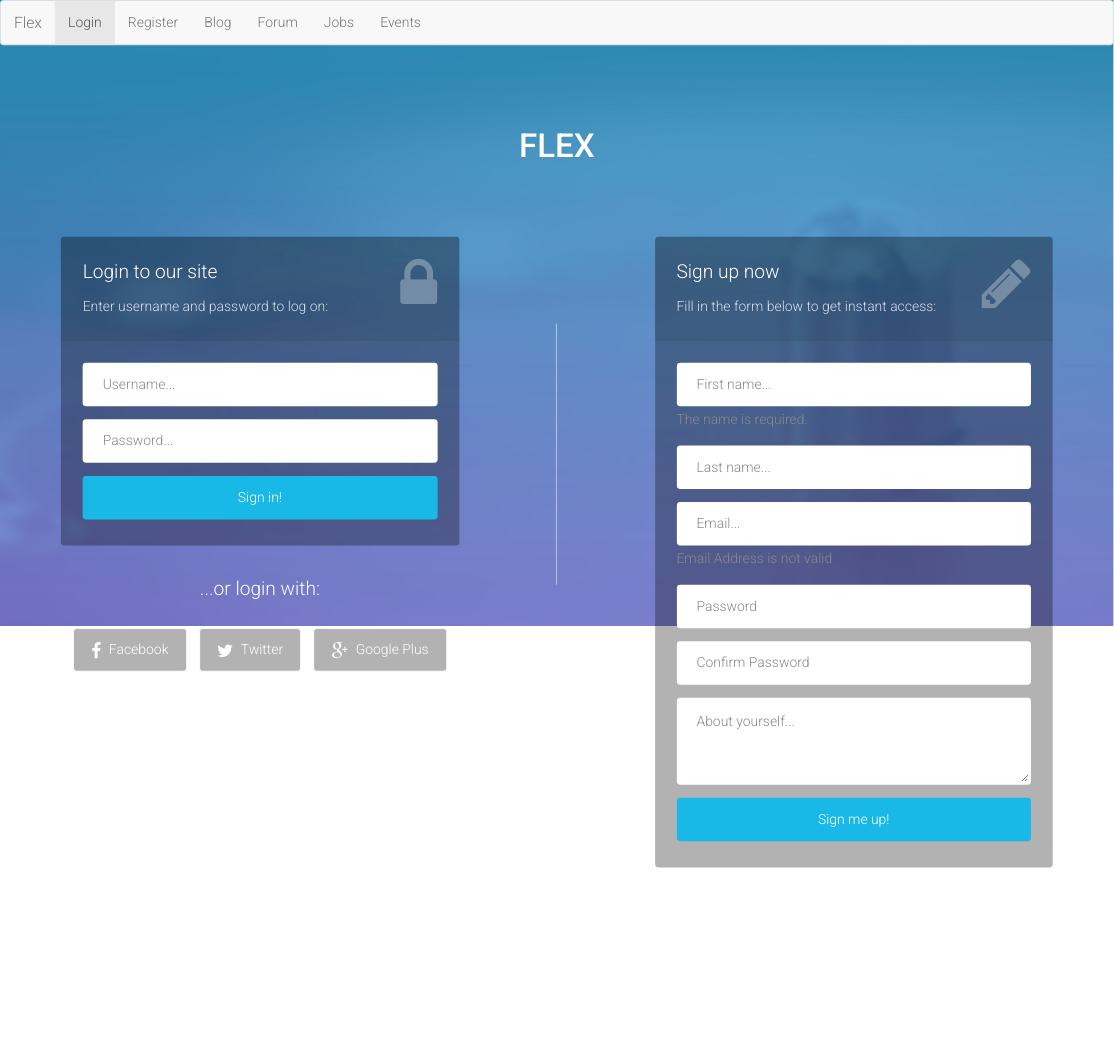
Repository: Angelamritha2012/Flex
Page: Collaboration/WebContent/index.html
These files come from the project's save history. The page is drawn as it stood at one moment and after the next save; the edit follows.
The browser window is 1280 px wide. The pictures show the whole page, at 87% of full size.
Some web libraries are served in a nearby version.

Above is the page before, as saved 2017-11-29 09:50:44.

### Collaboration/WebContent/index.html
<!DOCTYPE html>
<html lang="en">

    <head>

        <meta charset="utf-8">
        <meta http-equiv="X-UA-Compatible" content="IE=edge">
        <meta name="viewport" content="width=device-width, initial-scale=1">
        <title>FLEX</title>

        <!-- CSS -->
        <link rel="stylesheet" href="http://fonts.googleapis.com/css?family=Roboto:400,100,300,500">
        <link rel="stylesheet" href="assets/bootstrap/css/bootstrap.min.css">
        <link rel="stylesheet" href="assets/font-awesome/css/font-awesome.min.css">
		<link rel="stylesheet" href="assets/css/form-elements.css">
        <link rel="stylesheet" href="assets/css/style.css">

        <!-- HTML5 Shim and Respond.js IE8 support of HTML5 elements and media queries -->
        <!-- WARNING: Respond.js doesn't work if you view the page via file:// -->
        <!--[if lt IE 9]>
            <script src="https://oss.maxcdn.com/libs/html5shiv/3.7.0/html5shiv.js"></script>
            <script src="https://oss.maxcdn.com/libs/respond.js/1.4.2/respond.min.js"></script>
        <![endif]-->

        <!-- Favicon and touch icons -->
        <link rel="shortcut icon" href="assets/ico/favicon.png">
        <link rel="apple-touch-icon-precomposed" sizes="144x144" href="assets/ico/apple-touch-icon-144-precomposed.png">
        <link rel="apple-touch-icon-precomposed" sizes="114x114" href="assets/ico/apple-touch-icon-114-precomposed.png">
        <link rel="apple-touch-icon-precomposed" sizes="72x72" href="assets/ico/apple-touch-icon-72-precomposed.png">
        <link rel="apple-touch-icon-precomposed" href="assets/ico/apple-touch-icon-57-precomposed.png">

    </head>

    <body>

<nav class="navbar navbar-default">
  <div class="container-fluid">
    <div class="navbar-header">
      <a class="navbar-brand" href="#">Flex</a>
    </div>
    <ul class="nav navbar-nav">
      <li class="active"><a href="#">Login</a></li>
      <li><a href="#">Register</a></li>
      <li><a href="blog.html">Blog</a></li>
      <li><a href="forum.html">Forum</a></li>
	        <li><a href="job.html">Jobs</a></li>
	        <li><a href="event.html">Events</a></li>

    </ul>
  </div>
</nav>

        <!-- Top content -->
        <div class="top-content">

            <div class="inner-bg">
                <div class="container">

                    <div class="row">
                        <div class="col-sm-8 col-sm-offset-2 text">
                            <h1><strong>FLEX</strong></h1>

                        </div>
                    </div>

                    <div class="row">
                        <div class="col-sm-5">

                        	<div class="form-box">
	                        	<div class="form-top">
	                        		<div class="form-top-left">
	                        			<h3>Login to our site</h3>
	                            		<p>Enter username and password to log on:</p>
	                        		</div>
	                        		<div class="form-top-right">
	                        			<i class="fa fa-lock"></i>
	                        		</div>
	                            </div>
	                            <div class="form-bottom">
				                    <form role="form" action="" method="post" class="login-form">
				                    	<div class="form-group">
				                    		<label class="sr-only" for="form-username">Username</label>
				                        	<input type="text" name="form-username" placeholder="Username..." class="form-username form-control" id="form-username">

				                        </div>

				                        <div class="form-group">
				                        	<label class="sr-only" for="form-password">Password</label>
				                        	<input type="password" name="form-password" placeholder="Password..." class="form-password form-control" id="form-password">
				                        </div>
				                        <button type="submit" class="btn">Sign in!</button>
				                    </form>
			                    </div>
		                    </div>

		                	<div class="social-login">
	                        	<h3>...or login with:</h3>
	                        	<div class="social-login-buttons">
		                        	<a class="btn btn-link-2" href="#">
		                        		<i class="fa fa-facebook"></i> Facebook
		                        	</a>
		                        	<a class="btn btn-link-2" href="#">
		                        		<i class="fa fa-twitter"></i> Twitter
		                        	</a>
		                        	<a class="btn btn-link-2" href="#">
		                        		<i class="fa fa-google-plus"></i> Google Plus
		                        	</a>
	                        	</div>
	                        </div>

                        </div>

                        <div class="col-sm-1 middle-border"></div>
                        <div class="col-sm-1"></div>

                        <div class="col-sm-5">

                        	<div class="form-box">
                        		<div class="form-top">
	                        		<div class="form-top-left">
	                        			<h3>Sign up now</h3>
	                            		<p>Fill in the form below to get instant access:</p>
	                        		</div>
	                        		<div class="form-top-right">
	                        			<i class="fa fa-pencil"></i>
	                        		</div>
	                            </div>
	                            <div class="form-bottom">
				                    <form role="form" action="" method="post" class="registration-form">
				                    	<div class="form-group">
				                    		<label class="sr-only" for="form-first-name">First name</label>
				                        	<input type="text" name="form-first-name" placeholder="First name..." class="form-first-name form-control" id="form-first-name">
				                       <span ng-show="myForm.myName.$touched && myForm.myName.$invalid">The name is required.</span>

				                        </div>

				                        <div class="form-group">
				                        	<label class="sr-only" for="form-last-name">Last name</label>
				                        	<input type="text" name="form-last-name" placeholder="Last name..." class="form-last-name form-control" id="form-last-name">
				                        </div>
				                        <div class="form-group">
				                        	<label class="sr-only" for="form-email">Email</label>
				                        	<input type="text" name="form-email" placeholder="Email..." class="form-email form-control" id="form-email">
				                   <span ng-show="frm.email.$dirty && frm.email.$invalid">Email Address is not valid</span>

				                        </div>

										<div class="form-group">
				                        	<label class="sr-only" for="password">PassWord</label>
				                        	<input type="text" name="form-password" placeholder="Password" class="form-password form-control" id="form-password">
				                        </div>
										<div class="form-group">
				                        	<label class="sr-only" for="confirm password">Confirm PassWord</label>
				                        	<input type="text" name="form-confirm-password" placeholder="Confirm Password" class="form-confirm-password form-control" id="form-confirm-password">
				                        </div>
				                        <div class="form-group">
				                        	<label class="sr-only" for="form-about-yourself">About yourself</label>
				                        	<textarea name="form-about-yourself" placeholder="About yourself..."
				                        				class="form-about-yourself form-control" id="form-about-yourself"></textarea>
				                        </div>
				                        <button type="submit" class="btn">Sign me up!</button>
				                    </form>
			                    </div>
                        	</div>

                        </div>
                    </div>

                </div>
            </div>

        </div>

        <!-- Footer -->
        <footer>
        	<div class="container">
        		<div class="row">

        			<div class="col-sm-8 col-sm-offset-2">
        				<div class="footer-border"></div>
        				<p>Made by Flex at <a href="http://azmind.com" target="_blank"><strong>FLEX</strong></a>
        					having a lot of fun. <i class="fa fa-smile-o"></i></p>
        			</div>

        		</div>
        	</div>
        </footer>

        <!-- Javascript -->
        <script src="assets/js/jquery-1.11.1.min.js"></script>
        <script src="assets/bootstrap/js/bootstrap.min.js"></script>
        <script src="assets/js/jquery.backstretch.min.js"></script>
        <script src="assets/js/scripts.js"></script>

        <!--[if lt IE 10]>
            <script src="assets/js/placeholder.js"></script>
        <![endif]-->

    </body>

</html>

### Collaboration/WebContent/assets/css/form-elements.css

input[type="text"],
input[type="password"],
textarea,
textarea.form-control {
	height: 50px;
    margin: 0;
    padding: 0 20px;
    vertical-align: middle;
    background: #fff;
    border: 3px solid #fff;
    font-family: 'Roboto', sans-serif;
    font-size: 16px;
    font-weight: 300;
    line-height: 50px;
    color: #888;
    -moz-border-radius: 4px; -webkit-border-radius: 4px; border-radius: 4px;
    -moz-box-shadow: none; -webkit-box-shadow: none; box-shadow: none;
    -o-transition: all .3s; -moz-transition: all .3s; -webkit-transition: all .3s; -ms-transition: all .3s; transition: all .3s;
}

textarea,
textarea.form-control {
	padding-top: 10px;
	padding-bottom: 10px;
	line-height: 30px;
}

input[type="text"]:focus,
input[type="password"]:focus,
textarea:focus,
textarea.form-control:focus {
	outline: 0;
	background: #fff;
    border: 3px solid #fff;
    -moz-box-shadow: none; -webkit-box-shadow: none; box-shadow: none;
}

input[type="text"]:-moz-placeholder, input[type="password"]:-moz-placeholder,
textarea:-moz-placeholder, textarea.form-control:-moz-placeholder { color: #888; }

input[type="text"]:-ms-input-placeholder, input[type="password"]:-ms-input-placeholder,
textarea:-ms-input-placeholder, textarea.form-control:-ms-input-placeholder { color: #888; }

input[type="text"]::-webkit-input-placeholder, input[type="password"]::-webkit-input-placeholder,
textarea::-webkit-input-placeholder, textarea.form-control::-webkit-input-placeholder { color: #888; }



button.btn {
	height: 50px;
    margin: 0;
    padding: 0 20px;
    vertical-align: middle;
    background: #19b9e7;
    border: 0;
    font-family: 'Roboto', sans-serif;
    font-size: 16px;
    font-weight: 300;
    line-height: 50px;
    color: #fff;
    -moz-border-radius: 4px; -webkit-border-radius: 4px; border-radius: 4px;
    text-shadow: none;
    -moz-box-shadow: none; -webkit-box-shadow: none; box-shadow: none;
    -o-transition: all .3s; -moz-transition: all .3s; -webkit-transition: all .3s; -ms-transition: all .3s; transition: all .3s;
}

button.btn:hover { opacity: 0.6; color: #fff; }

button.btn:active { outline: 0; opacity: 0.6; color: #fff; -moz-box-shadow: none; -webkit-box-shadow: none; box-shadow: none; }

button.btn:focus { outline: 0; opacity: 0.6; background: #19b9e7; color: #fff; }

button.btn:active:focus, button.btn.active:focus { outline: 0; opacity: 0.6; background: #19b9e7; color: #fff; }

### Collaboration/WebContent/assets/css/style.css

body {
    font-family: 'Roboto', sans-serif;
    font-size: 16px;
    font-weight: 300;
    color: #888;
    line-height: 30px;
    text-align: center;
}

strong { font-weight: 500; }

a, a:hover, a:focus {
	color: #19b9e7;
	text-decoration: none;
    -o-transition: all .3s; -moz-transition: all .3s; -webkit-transition: all .3s; -ms-transition: all .3s; transition: all .3s;
}

h1, h2 {
	margin-top: 10px;
	font-size: 38px;
    font-weight: 100;
    color: #555;
    line-height: 50px;
}

h3 {
	font-size: 22px;
    font-weight: 300;
    color: #555;
    line-height: 30px;
}

img { max-width: 100%; }

::-moz-selection { background: #19b9e7; color: #fff; text-shadow: none; }
::selection { background: #19b9e7; color: #fff; text-shadow: none; }


.btn-link-1 {
	display: inline-block;
	height: 50px;
	margin: 5px;
	padding: 16px 20px 0 20px;
	background: #19b9e7;
	font-size: 16px;
    font-weight: 300;
    line-height: 16px;
    color: #fff;
    -moz-border-radius: 4px; -webkit-border-radius: 4px; border-radius: 4px;
}
.btn-link-1:hover, .btn-link-1:focus, .btn-link-1:active { outline: 0; opacity: 0.6; color: #fff; }

.btn-link-1.btn-link-1-facebook { background: #4862a3; }
.btn-link-1.btn-link-1-twitter { background: #55acee; }
.btn-link-1.btn-link-1-google-plus { background: #dd4b39; }

.btn-link-1 i {
	padding-right: 5px;
	vertical-align: middle;
	font-size: 20px;
	line-height: 20px;
}

.btn-link-2 {
	display: inline-block;
	height: 50px;
	margin: 5px;
	padding: 15px 20px 0 20px;
	background: rgba(0, 0, 0, 0.3);
	border: 1px solid #fff;
	font-size: 16px;
    font-weight: 300;
    line-height: 16px;
    color: #fff;
    -moz-border-radius: 4px; -webkit-border-radius: 4px; border-radius: 4px;
}
.btn-link-2:hover, .btn-link-2:focus,
.btn-link-2:active, .btn-link-2:active:focus { outline: 0; opacity: 0.6; background: rgba(0, 0, 0, 0.3); color: #fff; }

.btn-link-2 i {
	padding-right: 5px;
	vertical-align: middle;
	font-size: 20px;
	line-height: 20px;
}


/***** Top content *****/

.inner-bg {
    padding: 60px 0 80px 0;
}

.top-content .text {
	color: #fff;
}

.top-content .text h1 { color: #fff; }

.top-content .description {
	margin: 20px 0 10px 0;
}

.top-content .description p { opacity: 0.8; }

.top-content .description a {
	color: #fff;
}
.top-content .description a:hover,
.top-content .description a:focus { border-bottom: 1px dotted #fff; }

.form-box {
	margin-top: 70px;
}

.form-top {
	overflow: hidden;
	padding: 0 25px 15px 25px;
	background: #444;
	background: rgba(0, 0, 0, 0.35);
	-moz-border-radius: 4px 4px 0 0; -webkit-border-radius: 4px 4px 0 0; border-radius: 4px 4px 0 0;
	text-align: left;
}

.form-top-left {
	float: left;
	width: 75%;
	padding-top: 25px;
}

.form-top-left h3 { margin-top: 0; color: #fff; }
.form-top-left p { opacity: 0.8; color: #fff; }

.form-top-right {
	float: left;
	width: 25%;
	padding-top: 5px;
	font-size: 66px;
	color: #fff;
	line-height: 100px;
	text-align: right;
	opacity: 0.3;
}

.form-bottom {
	padding: 25px 25px 30px 25px;
	background: #444;
	background: rgba(0, 0, 0, 0.3);
	-moz-border-radius: 0 0 4px 4px; -webkit-border-radius: 0 0 4px 4px; border-radius: 0 0 4px 4px;
	text-align: left;
}

.form-bottom form textarea {
	height: 100px;
}

.form-bottom form button.btn {
	width: 100%;
}

.form-bottom form .input-error {
	border-color: #19b9e7;
}

.social-login {
	margin-top: 35px;
}

.social-login h3 {
	color: #fff;
}

.social-login-buttons {
	margin-top: 25px;
}

.middle-border {
	min-height: 300px;
	margin-top: 170px;
	border-right: 1px solid #fff;
	border-right: 1px solid rgba(255, 255, 255, 0.6);
}


/***** Footer *****/

footer {
	padding-bottom: 70px;
	color: #fff;
}

footer .footer-border {
	width: 200px;
	margin: 0 auto;
	padding-bottom: 30px;
	border-top: 1px solid #fff;
	border-top: 1px solid rgba(255, 255, 255, 0.6);
}

footer p { opacity: 0.8; }

footer a {
	color: #fff;
}
footer a:hover, footer a:focus { color: #fff; border-bottom: 1px dotted #fff; }


/***** Media queries *****/

@media (min-width: 992px) and (max-width: 1199px) {}

@media (min-width: 768px) and (max-width: 991px) {}

@media (max-width: 767px) {

	.middle-border { min-height: auto; margin: 65px 30px 0 30px; border-right: 0;
						border-top: 1px solid #fff; border-top: 1px solid rgba(255, 255, 255, 0.6); }

}

@media (max-width: 415px) {

	h1, h2 { font-size: 32px; }

}

/***pagination***/

.center {
    text-align: center;
}

.pagination {
    display: inline-block;
}

.pagination a {
    color: black;
    float: left;
    padding: 8px 16px;
    text-decoration: none;
    transition: background-color .3s;
    border: 1px solid #ddd;
    margin: 0 4px;
}

.pagination a.active {
    background-color: #4CAF50;
    color: white;
    border: 1px solid #4CAF50;
}

.pagination a:hover:not(.active) {background-color: #ddd;}
/* The Modal (background) */
.modal {
    display: none; /* Hidden by default */
    position: fixed; /* Stay in place */
    z-index: 1; /* Sit on top */
    left: 0;
    top: 0;
    width: 100%; /* Full width */
    height: 100%; /* Full height */
    overflow: auto; /* Enable scroll if needed */
    background-color: rgb(0,0,0); /* Fallback color */
    background-color: rgba(0,0,0,0.4); /* Black w/ opacity */
    padding-top: 60px;
}

/* Modal Content/Box */
.modal-content {
    background-color: #fefefe;
    margin: 5px auto; /* 15% from the top and centered */
    border: 1px solid #888;
    width: 80%; /* Could be more or less, depending on screen size */
}

/* The Close Button */
.close {
    /* Position it in the top right corner outside of the modal */
    position: absolute;
    right: 25px;
    top: 0;
    color: #000;
    font-size: 35px;
    font-weight: bold;
}

/* Close button on hover */
.close:hover,
.close:focus {
    color: red;
    cursor: pointer;
}

/* Add Zoom Animation */
.animate {
    -webkit-animation: animatezoom 0.6s;
    animation: animatezoom 0.6s
}

@-webkit-keyframes animatezoom {
    from {-webkit-transform: scale(0)}
    to {-webkit-transform: scale(1)}
}

@keyframes animatezoom {
    from {transform: scale(0)}
    to {transform: scale(1)}
}

/*
    Image credits:
    uifaces.com (http://uifaces.com/authorized)
*/

#login { display: none; }
.login,
.logout {
    position: absolute;
    top: -3px;
    right: 0;
}
.page-header { position: relative; }
.reviews {
    color: #555;
    font-weight: bold;
    margin: 10px auto 20px;
}
.notes {
    color: #999;
    font-size: 12px;
}
.media .media-object { max-width: 120px; }
.media-body { position: relative; }
.media-date {
    position: absolute;
    right: 25px;
    top: 25px;
}
.media-date li { padding: 0; }
.media-date li:first-child:before { content: ''; }
.media-date li:before {
    content: '.';
    margin-left: -2px;
    margin-right: 2px;
}
.media-comment { margin-bottom: 20px; }
.media-replied { margin: 0 0 20px 50px; }
.media-replied .media-heading { padding-left: 6px; }

.btn-circle {
    font-weight: bold;
    font-size: 12px;
    padding: 6px 15px;
    border-radius: 20px;
}
.btn-circle span { padding-right: 6px; }
.embed-responsive { margin-bottom: 20px; }
.tab-content {
    padding: 50px 15px;
    border: 1px solid #ddd;
    border-top: 0;
    border-bottom-right-radius: 4px;
    border-bottom-left-radius: 4px;
}
.custom-input-file {
    overflow: hidden;
    position: relative;
    width: 120px;
    height: 120px;
    background: #eee url('https://s3.amazonaws.com/uifaces/faces/twitter/walterstephanie/128.jpg');
    background-size: 120px;
    border-radius: 120px;
}
input[type="file"]{
    z-index: 999;
    line-height: 0;
    font-size: 0;
    position: absolute;
    opacity: 0;
    filter: alpha(opacity = 0);-ms-filter: "alpha(opacity=0)";
    margin: 0;
    padding:0;
    left:0;
}
.uploadPhoto {
    position: absolute;
    top: 25%;
    left: 25%;
    display: none;
    width: 50%;
    height: 50%;
    color: #fff;
    text-align: center;
    line-height: 60px;
    text-transform: uppercase;
    background-color: rgba(0,0,0,.3);
    border-radius: 50px;
    cursor: pointer;
}
.custom-input-file:hover .uploadPhoto { display: block; }

### Collaboration/WebContent/assets/js/scripts.js

jQuery(document).ready(function() {

    /*
        Fullscreen background
    */
    $.backstretch("assets/img/backgrounds/1.jpg");

    /*
        Login form validation
    */
    $('.login-form input[type="text"], .login-form input[type="password"], .login-form textarea').on('focus', function() {
    	$(this).removeClass('input-error');
    });

    $('.login-form').on('submit', function(e) {

    	$(this).find('input[type="text"], input[type="password"], textarea').each(function(){
    		if( $(this).val() == "" ) {
    			e.preventDefault();
    			$(this).addClass('input-error');
    		}
    		else {
    			$(this).removeClass('input-error');
    		}
    	});

    });

    /*
        Registration form validation
    */
    $('.registration-form input[type="text"], .registration-form textarea').on('focus', function() {
    	$(this).removeClass('input-error');
    });

    $('.registration-form').on('submit', function(e) {

    	$(this).find('input[type="text"], textarea').each(function(){
    		if( $(this).val() == "" ) {
    			e.preventDefault();
    			$(this).addClass('input-error');
    		}
    		else {
    			$(this).removeClass('input-error');
    		}
    	});

    });


});

Loaded but not shown: Collaboration/WebContent/assets/bootstrap/css/bootstrap.min.css (library); Collaboration/WebContent/assets/font-awesome/css/font-awesome.min.css (library); Collaboration/WebContent/assets/js/jquery-1.11.1.min.js (library); Collaboration/WebContent/assets/bootstrap/js/bootstrap.min.js (library); Collaboration/WebContent/assets/js/jquery.backstretch.min.js (library)

After the next save:
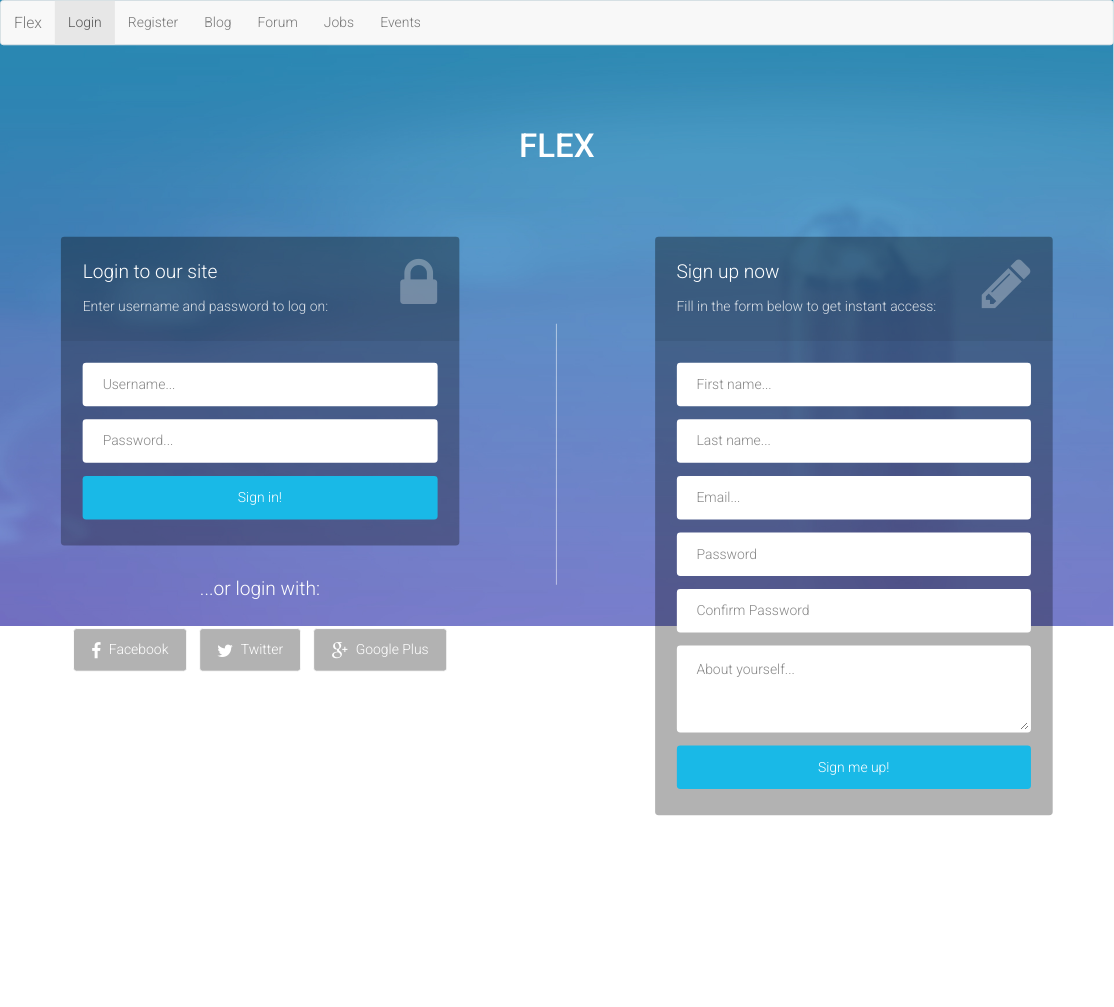
Saved 6 min 3 s later.
--- a/Collaboration/WebContent/index.html
+++ b/Collaboration/WebContent/index.html
@@ -30,8 +30,9 @@
         <link rel="apple-touch-icon-precomposed" href="assets/ico/apple-touch-icon-57-precomposed.png">
 
     </head>
-
-    <body>
+<script src="https://ajax.googleapis.com/ajax/libs/angularjs/1.6.4/angular.min.js"></script>
+
+    <body ng-app="">
 
 <nav class="navbar navbar-default">
   <div class="container-fluid">
